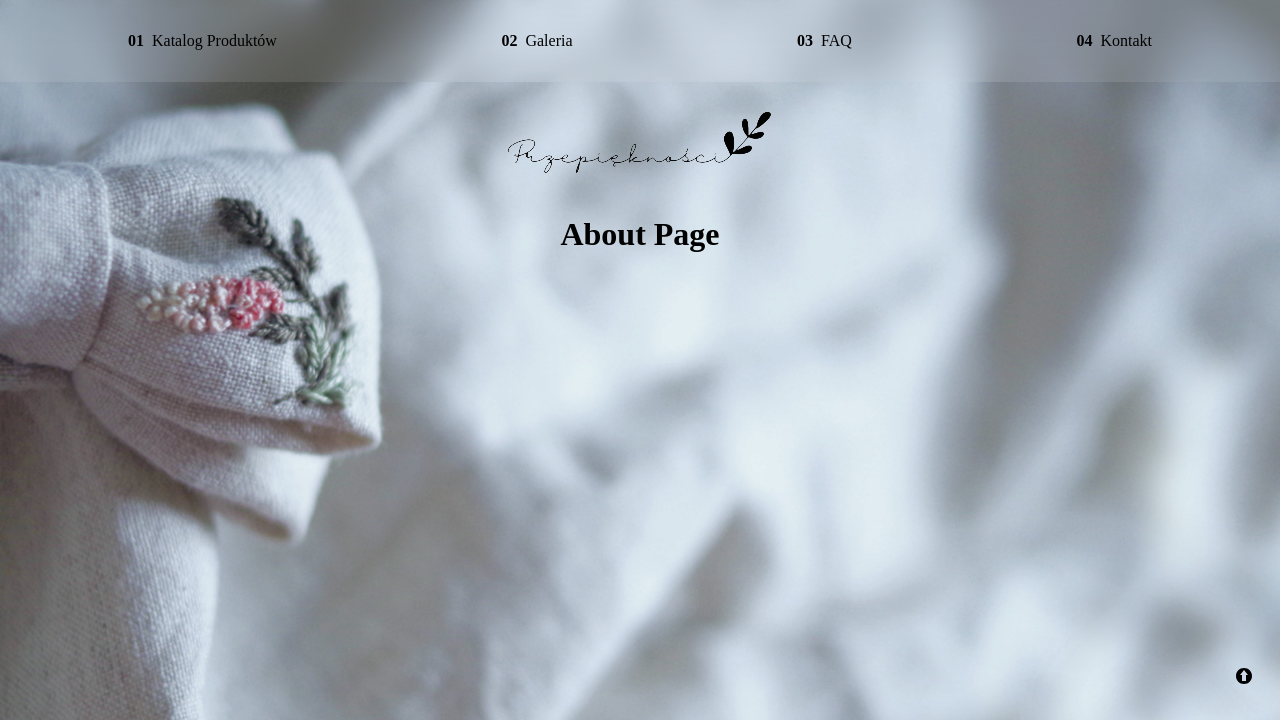
Repository: kowalkos/Rak_projekt
Page: /about
An editor plug-in stored every save of this project. The page is shown before and after the next save, followed by the edit.
The browser window is 1280 px wide. The pictures show the whole page.
The project was rebuilt for these pictures with package versions that can differ from the ones it lists, and the page was loaded fresh each time. Also part of the build but not shown: src/components/produkty/Produkt.css, src/components/produkty/produkt.js, src/components/galeria/Galeria.js, src/components/main/Main.js, src/components/FAQ/Faq.js.

Above is the page before, as saved 2022-01-16 19:33:16.

### src/index.css
body {
  margin: 0;
  background-image: url('/src/img/tlo.jpg');
  background-attachment: fixed;
  background-repeat: no-repeat;
  background-size: cover;
  overflow-x: hidden;
  color: black;

  min-width: 325px;
}

### src/App.js
import Produkt from './components/produkty/produkt';
import Galeria from './components/galeria/Galeria';
import Main from './components/main/Main';
import Faq from './components/FAQ/Faq';
import About from './components/about/About';
import Footer from './components/footer/footer';
import './App.css';
import NavBar from './components/navbar/NavBar';
import {BrowserRouter as Router, Route, Routes} from 'react-router-dom';
function App() {

  return (
    <Router>
    <div className="App">
     <NavBar/>
     <Routes>
     <Route path="/" element={<Main/>}/>
     <Route path="/Faq"element={<Faq/>}/>
     <Route path="/produkty" element={<Produkt/>}/>
     <Route path="/galeria"element={<Galeria/>}/>
     <Route path="/about"element={<About/>}/>
     </Routes>
     <Footer/>
    </div>
    </Router>
  );
}

export default App;

### src/components/about/About.js
function About(props)
{
    return <div><h1>About Page</h1></div>
}
export default About;

### src/components/footer/footer.js
import './footer.css';
function Footer(props)
{
    return <div >

            <a href='#top'>
                <button className='upArrow'></button>
            </a>


    </div>;
}
export default Footer;

### src/App.css
.App {
  text-align: center;
  /* background-image: url('/src/img/kosmos.jpg'); */

}

### src/components/navbar/NavBar.js

import { Link } from 'react-router-dom';
import logo from '../../img/logoso.png';
import './NavBar.css';
function NavBar(props) {


    function toggle() {
        const primaryNav = document.querySelector('.primary-navigation');
        const navToggle = document.querySelector('.mobile-nav-toggle');
        console.log(primaryNav);
        console.log(navToggle);

        const visibility = primaryNav.getAttribute('data-visible');
        if (visibility === "false") {
            primaryNav.setAttribute('data-visible', true);
            navToggle.setAttribute('aria-expanded', true);
        }
        else if (visibility === "true") {
            primaryNav.setAttribute('data-visible', false);
            navToggle.setAttribute('aria-expanded', false);
        }
        console.log(visibility);
    }
    return <header className='primary-header'>
        <button className='mobile-nav-toggle'
            aria-controls='primary-navigation'
            onClick={toggle} >
            <span className='sr-only'></span>
        </button>

        <nav>
            <ul id='primary-navigation' aria-expanded="false" data-visible="false" className='primary-navigation flex'>
                {/* <li>
                    <Link to='/' >
                        <span aria-hidden="true">00</span>
                        Strona główna
                    </Link>
                </li> */}
                <li>
                    <Link to='/produkty' >
                        <span aria-hidden="true">01</span>
                        Katalog Produktów
                    </Link>
                </li>
                <li>
                    <Link to='/galeria' >
                        <span aria-hidden="true">02</span>
                        Galeria
                    </Link>
                </li>
                <li>
                    <Link to='/Faq' >
                        <span aria-hidden="true">03</span>
                        FAQ
                    </Link>
                </li>
                <li>
                    <Link to='/about' >
                        <span aria-hidden="true">04</span>
                        Kontakt
                    </Link>
                </li>
            </ul>
        </nav>
        <div className='logo'>
        <Link to='/' >
            <img  src={logo} alt='Logo'></img>
            </Link>
        </div>

    </header>;

    // return <div className='main-nav-bar' >
    //     <div className='nav-bar__roll-down' onhover={onHoverHandle} >
    //         Katalog Produktów
    //         <div id='nav-bar__inside'>
    //             Kokardy
    //         </div>
    //         <div id='nav-bar__inside'>
    //             Kokardy
    //         </div>
    //         <div id='nav-bar__inside'>
    //             Kokardy
    //         </div>
    //         <div id='nav-bar__inside'>
    //             Kokardy
    //         </div>height:"20px";width
    //     </div >
    //     <div className='nav-bar'>
    //         O mnie
    //     </div>
    //     <div className='nav-bar'>
    //         FAQ
    //     </div>
    //     <div className='nav-bar'>
    //         Kontakt
    //     </div>

    // </div>;
}

export default NavBar;

### src/components/footer/footer.css
.footer
{
    width: 80%;
    margin: 0 auto;
}
.upArrow
{
    display: block;
    position: fixed;
    width: 2.25rem;
    aspect-ratio: 1;
    right: 0.5rem;
    bottom: 1rem;
    z-index: 10000;
    background-color: transparent;
    background-image: url(/src/img/arrow_up.svg);
    background-repeat: no-repeat;
    border: 0px;
    transition: all 0.5s ease-in-out;

}

### src/components/navbar/NavBar.css
.flex {
    display: flex;
    gap: var(--gap, 1rem);
}

.primary-header {
    align-items: center;
    justify-content: space-between;

}
.logo{
    margin:0rem;
}
.mobile-nav-toggle {
    display: none;
}

.primary-navigation {
    list-style: none;
    margin: 0 0rem;
    background: hsl(0 0% 0% /0.75);
}


.primary-navigation a {
    text-decoration: none;
    color: black;
}

.primary-navigation a>[aria-hidden="true"] {
    font-weight: 700;
    margin-inline-end: .5rem;
}

@supports(backdrop-filter: blur(1rem)) {
    .primary-navigation {
        background: hsl(0 0% 100% /0.1);
        backdrop-filter: blur(1rem);
    }
}

@media (max-width:35em) {
    .primary-navigation {
        position: fixed;
        inset: 0 0 0 50%;
        --gap: 1rem;
        z-index: 1000;
        flex-direction: column;
        padding: min(30vh, 5rem) 1rem;

        transform: translateX(100%);
        transition: transform 350ms ease-out;
    }

    .primary-navigation[data-visible="true"] {
        transform: translateX(0%);
    }

    .mobile-nav-toggle {
        display: block;
        position: fixed;
        width: 2.25rem;
        aspect-ratio: 1;
        top: 2rem;
        right: 1rem;
        z-index: 9999;
        background-color: transparent;
        background-image: url(/src/img/Hamburger_icon.svg);
        background-repeat: no-repeat;
        border: 0px;
    }

    .mobile-nav-toggle[aria-expanded="true"] {
        background-image: url(/src/img/x-symbol.svg);
        background-size: 32px;
    }

    .sr-only {
        display: none;
    }
}

@media (min-width:35em) and (max-width:55em) {
    .primary-navigation a>span[aria-hidden="true"] {
        display: none;
    }
}
@media (min-width:35em)
{

.primary-navigation{
    --gap:2rem;
    justify-content: space-between;
    padding-block: 2rem;
    padding-inline:clamp(3rem,10vw,10rem);
}
}

Loaded but not shown: public/index.html (common file); src/index.js (common file)

After the next save:
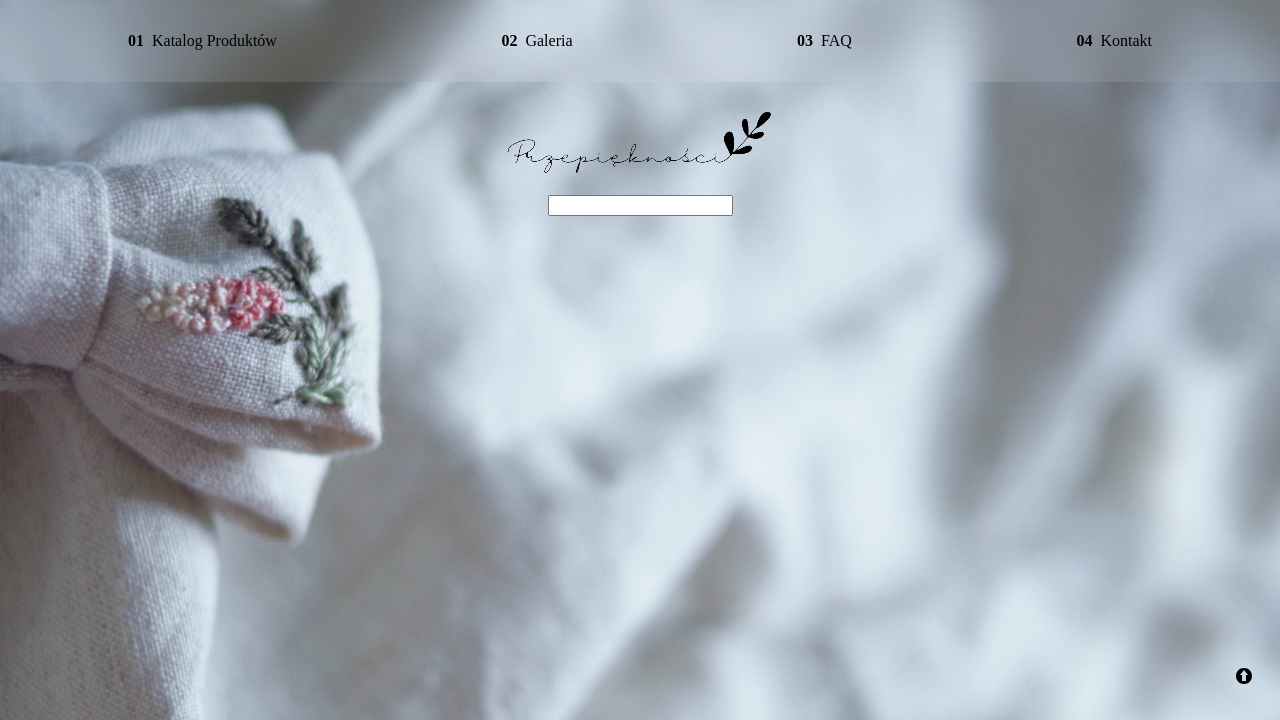
Saved 2 days later.
--- a/src/components/about/About.js
+++ b/src/components/about/About.js
@@ -1,5 +1,10 @@
-function About(props)
-{
-    return <div><h1>About Page</h1></div>
+function About(props) {
+    return <div>
+        <div className="blok">
+            <form>
+                <input  type="text"/>
+            </form>
+        </div>
+        </div>
 }
 export default About;
